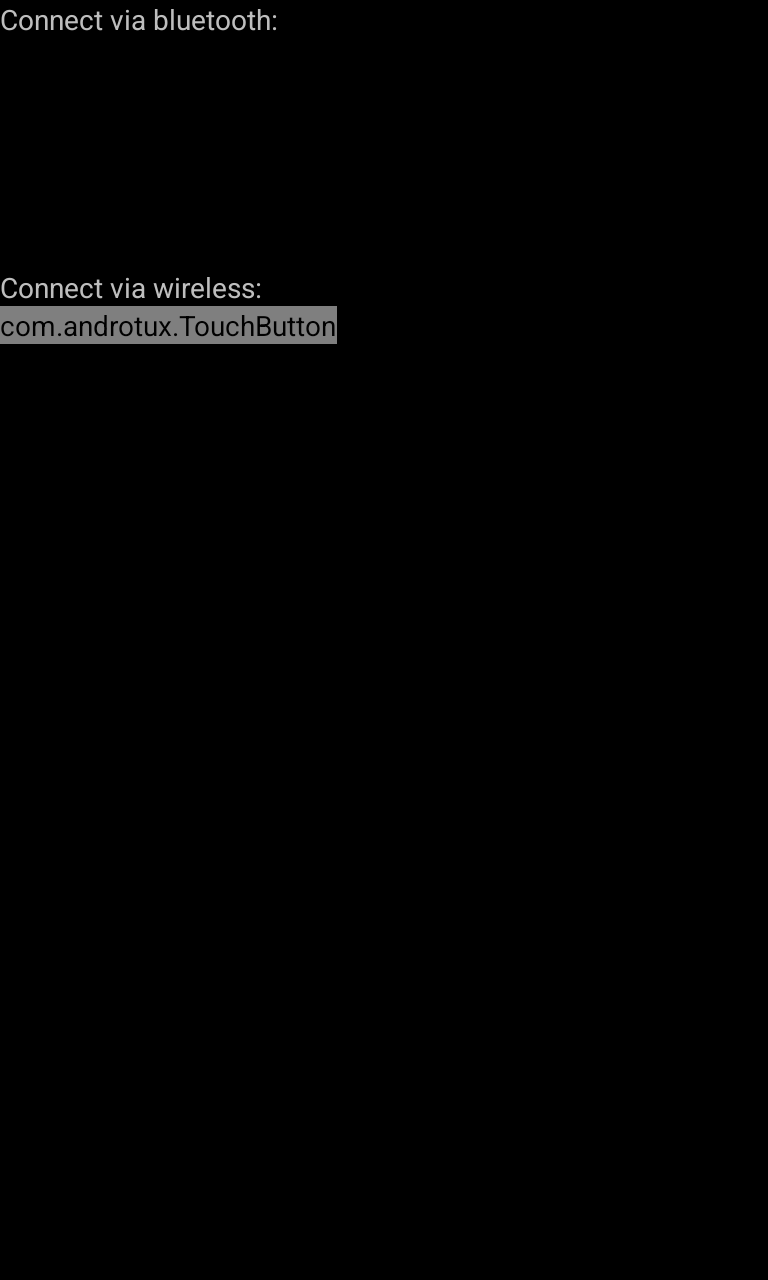
Repository: itayrom/androtux
Layout: app/AndroTux/res/layout/fragment_settings.xml
The author's editor kept a copy of each file at every save. The layout is drawn from the files as they stood at one save, then again after the next save.
Pictures or frames that could not be fetched are drawn as grey boxes. It is drawn on a 768 x 1280 px phone screen (xhdpi) without system bars, with theme android:Theme.NoTitleBar.Fullscreen; the app's code is not run. Lists and similar views that code fills are empty.

Above is the layout before, as saved 2014-09-04 23:05:37.

### app/AndroTux/res/layout/fragment_settings.xml
<!--
  Android Remote for Tux (AndroTux)
  Copyright (C) 2014 Itay Rom <1t4yr0m@gmail.com> Tal Sabo <tal.sabo@gmail.com>

  This program is free software: you can redistribute it and/or modify
  it under the terms of the GNU General Public License as published by
  the Free Software Foundation, either version 3 of the License, or
  (at your option) any later version.

  This program is distributed in the hope that it will be useful,
  but WITHOUT ANY WARRANTY; without even the implied warranty of
  MERCHANTABILITY or FITNESS FOR A PARTICULAR PURPOSE.  See the
  GNU General Public License for more details.

  You should have received a copy of the GNU General Public License
  along with this program.  If not, see <http://www.gnu.org/licenses/>.
-->
<LinearLayout xmlns:android="http://schemas.android.com/apk/res/android"
    android:layout_width="fill_parent"
    android:layout_height="fill_parent"
    android:orientation="vertical" >

    <TextView
        android:layout_width="fill_parent"
        android:layout_height="wrap_content"
        android:text="Connect via bluetooth:"/>

    <ListView
        android:id="@+id/lvPaired"
        android:layout_width="match_parent"
        android:layout_height="100dp">
    </ListView>

    <TextView
        android:layout_width="fill_parent"
        android:layout_height="wrap_content"
        android:layout_marginTop="15dp"
        android:text="Connect via wireless:"/>

    <com.androtux.TouchButton
        android:id="@+id/touchButton1"
        android:layout_width="wrap_content"
        android:layout_height="wrap_content"
        android:text="Connect" />

</LinearLayout>

After the next save:
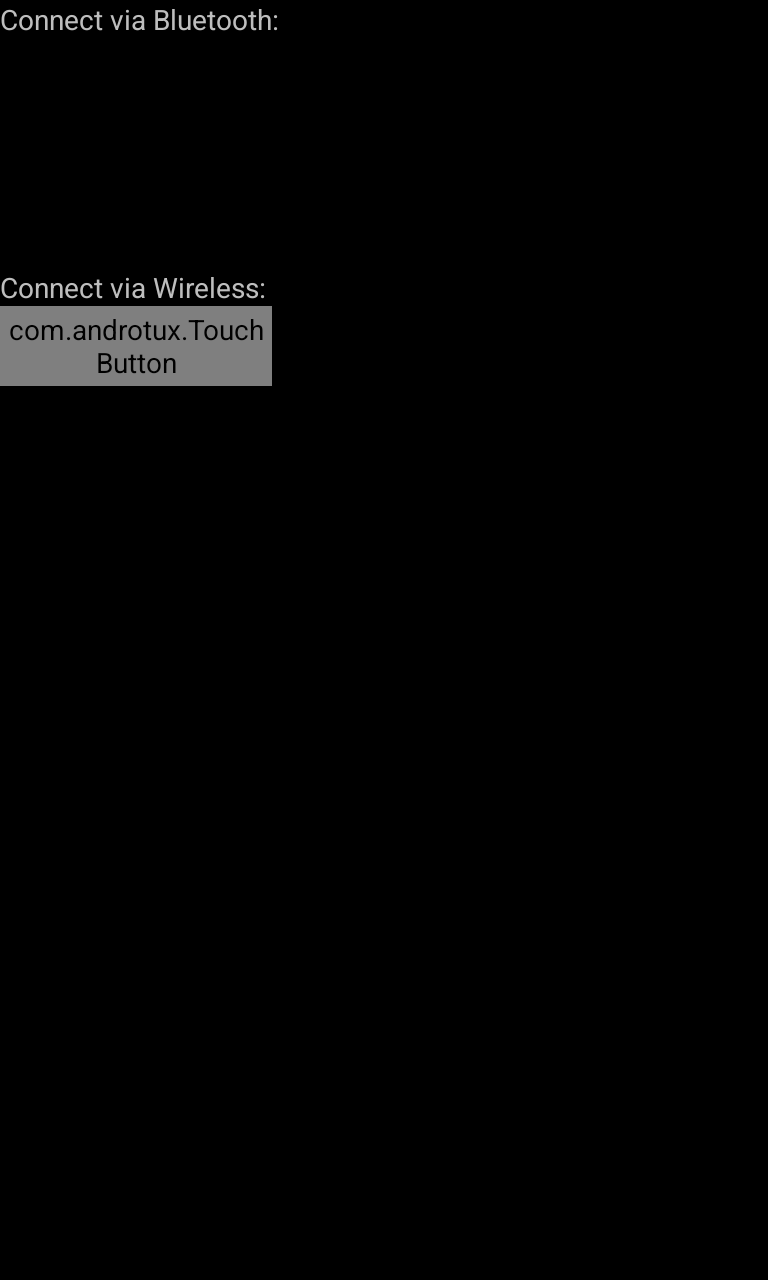
Saved 25 s later.
--- a/app/AndroTux/res/layout/fragment_settings.xml
+++ b/app/AndroTux/res/layout/fragment_settings.xml
@@ -23,7 +23,7 @@
     <TextView
         android:layout_width="fill_parent"
         android:layout_height="wrap_content"
-        android:text="Connect via bluetooth:"/>
+        android:text="Connect via Bluetooth:"/>
 
     <ListView
         android:id="@+id/lvPaired"
@@ -35,12 +35,12 @@
         android:layout_width="fill_parent"
         android:layout_height="wrap_content"
         android:layout_marginTop="15dp"
-        android:text="Connect via wireless:"/>
+        android:text="Connect via Wireless:"/>
 
     <com.androtux.TouchButton
         android:id="@+id/touchButton1"
-        android:layout_width="wrap_content"
-        android:layout_height="wrap_content"
+        android:layout_width="136dp"
+        android:layout_height="40dp"
         android:text="Connect" />
 
 </LinearLayout>
